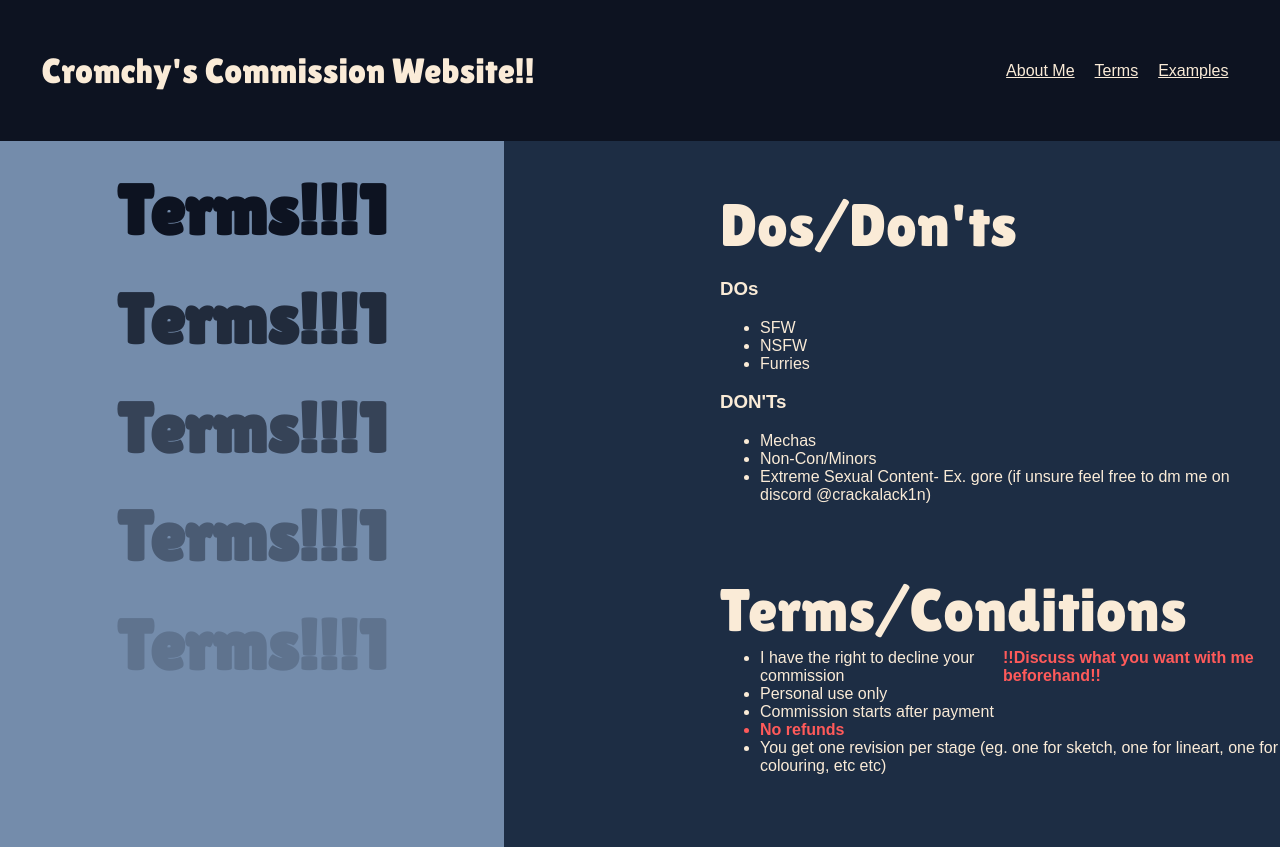
Repository: crackaLack1n/Cromchys_Commission_Site
Page: /Terms
An editor plug-in stored every save of this project. The page is shown before and after the next save, followed by the edit.
The browser window is 1280 px wide. The pictures show the whole page.
The project was rebuilt for these pictures with package versions that can differ from the ones it lists, and the page was loaded fresh each time. The framework's server and built-in components were replaced by stand-ins that run in the browser. Also part of the build but not shown: next.config.mjs, Components/Footer/footer.module.css, Components/Footer/index.js.

Above is the page before, as saved 2024-06-14 20:07:21.

After the next save:
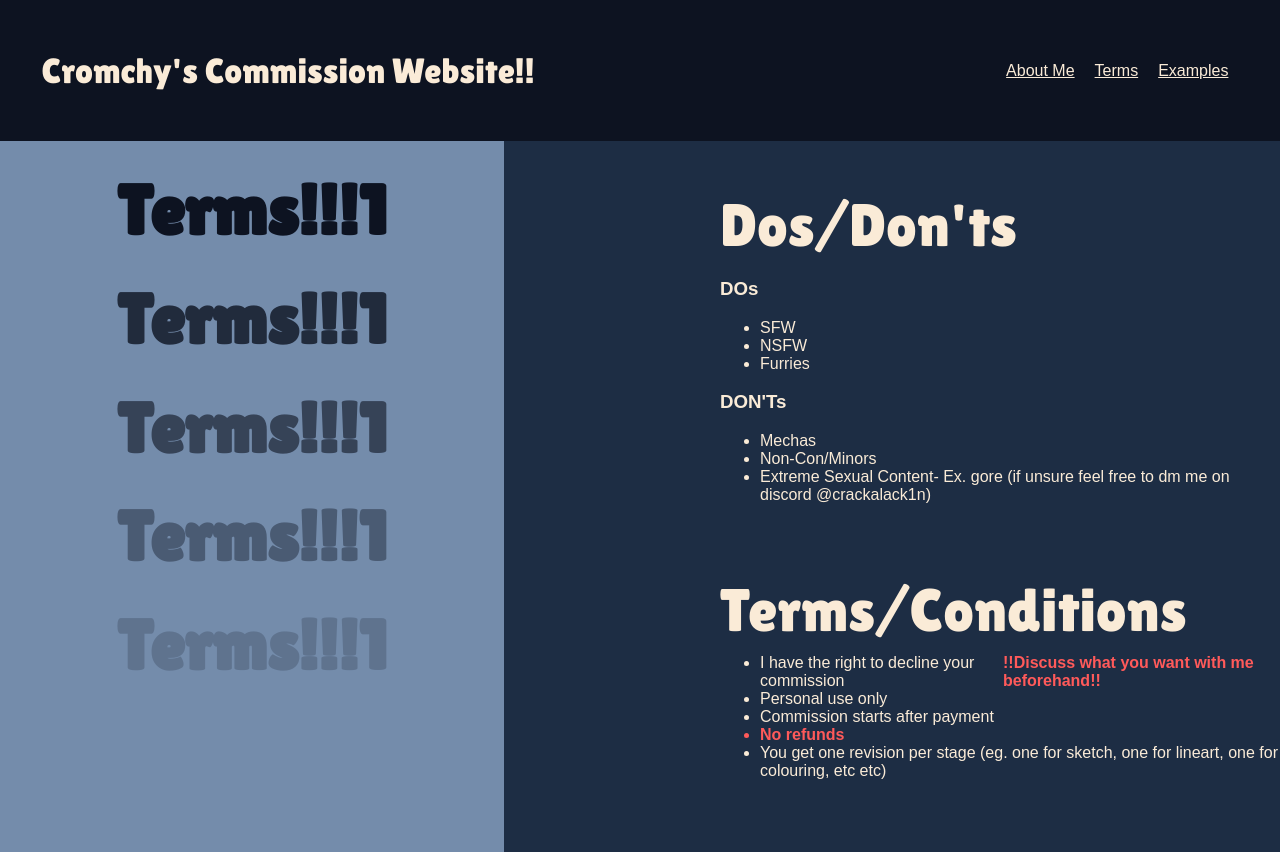
Saved 4 s later.
--- a/styles/Terms.module.css
+++ b/styles/Terms.module.css
@@ -53,7 +53,7 @@ width: 100%;
 }
 
 .sectionList {
-  margin-top: 5px;
+  margin-top: 10px;
 }
 /* Mobile */
 @media (max-width: 700px) {
